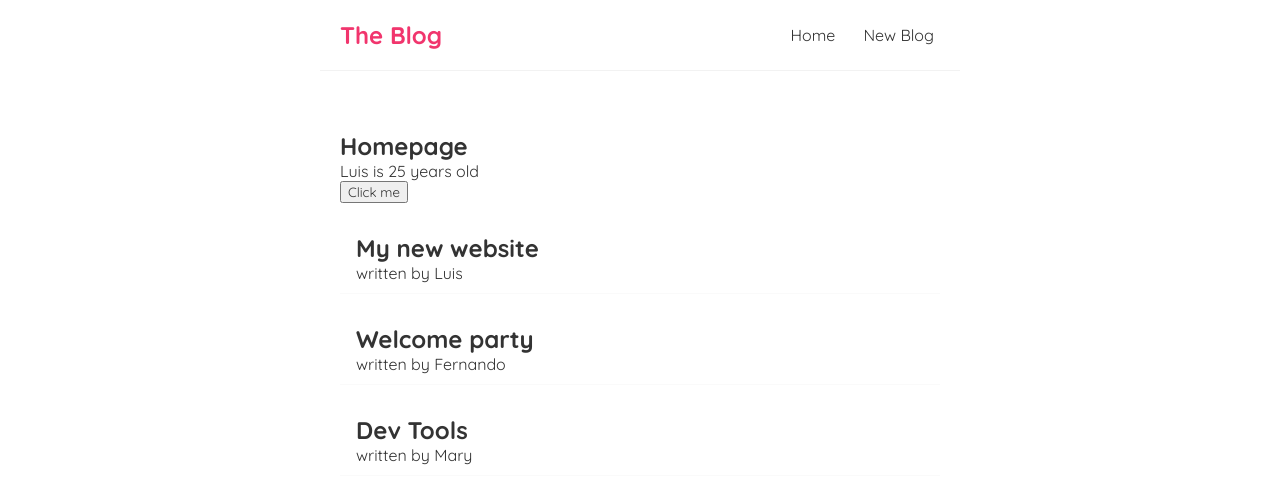
Repository: castilla-aurela/react-blog
Page: /
The author's editor kept a copy of each file at every save. The page is drawn from the files as they stood at one save, then again after a run of saves.
The browser window is 1280 px wide. The pictures show the whole page.
The pointer rests on the first visible `.blog-preview`.
The project was rebuilt for these pictures with package versions that can differ from the ones it lists, and the page was loaded fresh each time.

Above is the page before, as saved 2022-02-17 16:58:31.

### src/index.css
@import url('https://fonts.googleapis.com/css2?family=Quicksand:wght@300;400;500;600;700&display=swap');

/* base styles */

* {
  margin: 0;
  font-family: "Quicksand";
  color: #333;
}

.navbar {
  padding: 20px;
  display: flex;
  align-items: center;
  max-width: 600px;
  margin: 0 auto;
  border-bottom: 1px solid #f2f2f2;
}
.navbar h1 {
  color: #f1356d;
}
.navbar .links {
  margin-left: auto;
}
.navbar a {
  margin-left: 16px;
  text-decoration: none;
  padding: 6px;
}
.navbar a:hover {
  color: #f1356d;
}
.content {
  max-width: 600px;
  margin: 40px auto;
  padding: 20px;
}

/* Blog previews /  list */

.blog-preview{
  padding: 10px 16px;
  margin: 20px 0;
  border-bottom: 1px solid #fafafa;
}
.blog-preview:hover{
  box-shadow: ;
}

### src/App.js

import Home from './Home';
import Navbar from './Navbar';


function App() {
  return (
    <div className="App">
      <Navbar/>
      <div className='content'>
        <Home/>
      </div>
    </div>
  );
}

export default App;

### src/Home.js
import { useState } from "react";

const Home = () => {
  //let name = 'Luis'
  const [name, setName] = useState("Luis");
  const [age, setAge] = useState(25);
  const [blogs, setBlogs] = useState([
    {
      tittle: "My new website",
      body: "lorem ipsum ...",
      author: "Luis",
      id: 1,
    },
    {
      tittle: "Welcome party",
      body: "lorem ipsum ...",
      author: "Fernando",
      id: 2,
    },
    { tittle: "Dev Tools", body: "lorem ipsum ...", author: "Mary", id: 3 },
  ]);

  const handleClick = () => {
    //name = "Fernando";
    //console.log(name)
    setName("Fernando");
    setAge(30);
  };

  return (
    <div className="home">
      <h2>Homepage</h2>
      <p>
        {name} is {age} years old
      </p>
      <button onClick={handleClick}>Click me</button>
      {blogs.map((blog) => (
        <div className="blog-preview" key={blog.id}>
          <h2>{blog.tittle}</h2>
          <p>written by {blog.author}</p>
        </div>
      ))}
    </div>
  );
};

export default Home;

### src/Navbar.js
const Navbar = () => {
    return (
        <nav className="navbar">
            <h1>The Blog</h1>
            <div className="links">
                <a href="/">Home</a>
                <a href="/create" >New Blog</a>
            </div>
        </nav>

     );
}

export default Navbar;

Loaded but not shown: public/index.html (common file); src/index.js (common file); public/manifest.json (common file)

After the next 2 saves:
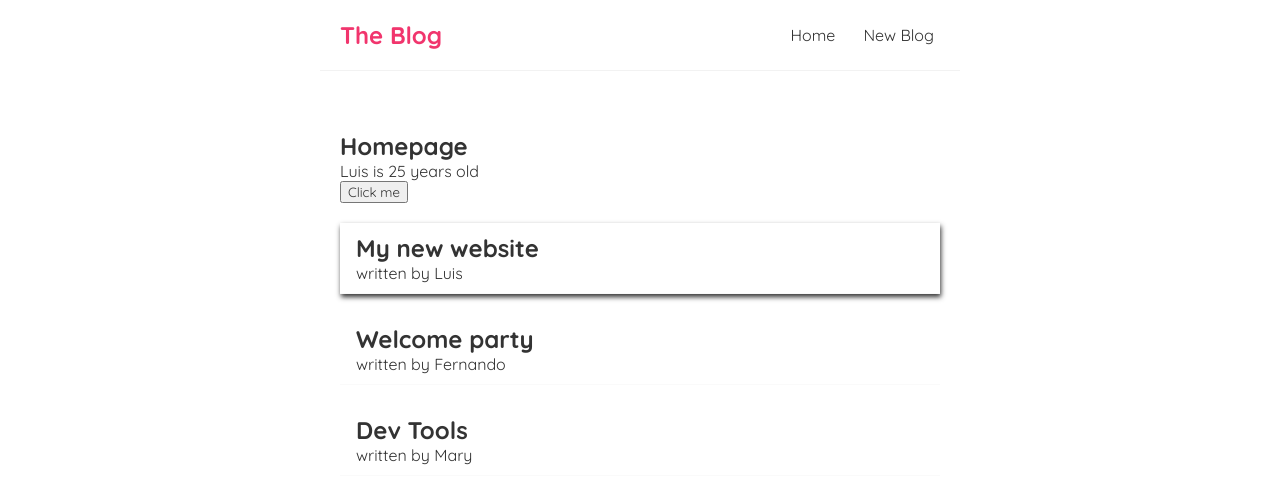
The 2 saves are shown as one change because they came seconds apart.
The last was saved 8 s later.
--- a/src/index.css
+++ b/src/index.css
@@ -44,5 +44,5 @@
   border-bottom: 1px solid #fafafa;
 }
 .blog-preview:hover{
-  box-shadow: ;
+  box-shadow: 1px 3px 5px ;
 }

After the save that followed:
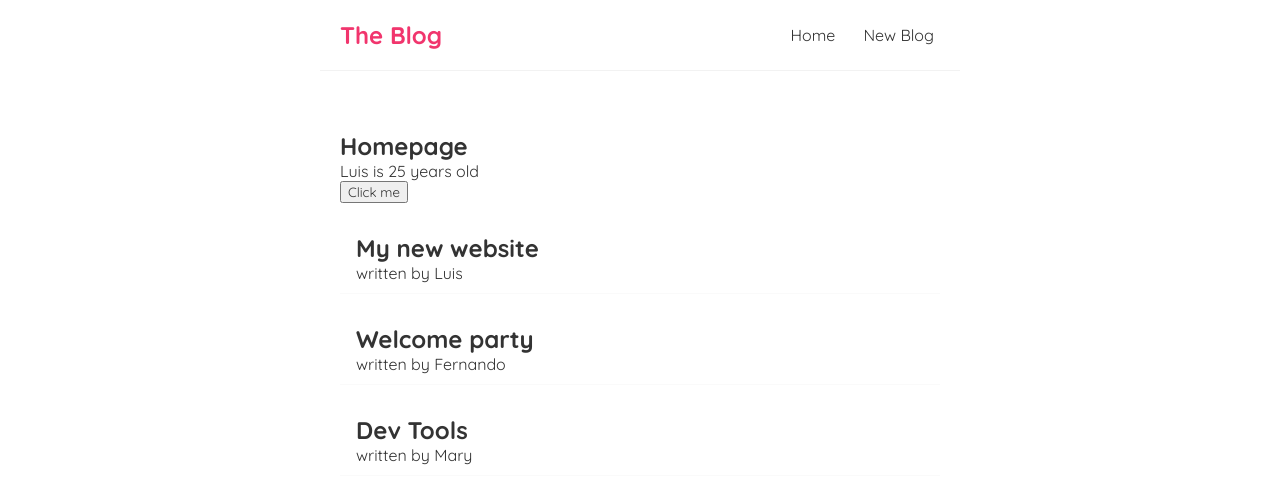
Saved 5 s later.
--- a/src/index.css
+++ b/src/index.css
@@ -44,5 +44,5 @@
   border-bottom: 1px solid #fafafa;
 }
 .blog-preview:hover{
-  box-shadow: 1px 3px 5px ;
+  box-shadow: 1px 3px 5px rgba();
 }
